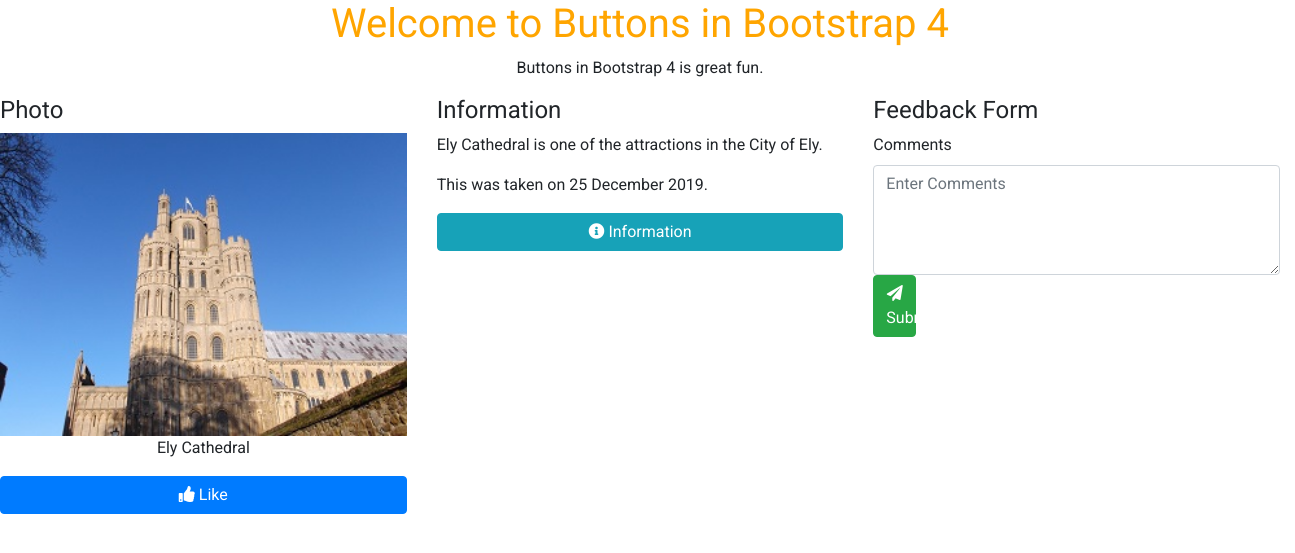
Repository: derektypist/buttons-in-bootstrap-4
Page: index.html
The author's editor kept a record of every edit. The page is drawn from the files as they stood at one moment, then again after the next edit.
The browser window is 1280 px wide. The page is 1295 px wide, so the pictures cover 1295 px, including what lies to the right of the window. The pictures show the whole page.
Some web libraries are served in a nearby version.

Above is the page before.

### index.html
<!DOCTYPE html>
<html lang="en">

<head>
    <meta charset="UTF-8">
    <meta name="viewport" content="width=device-width, initial-scale=1.0">
    <meta http-equiv="X-UA-Compatible" content="ie=edge">
    <title>Buttons in Bootstrap 4</title>
    <!-- Load Style Sheets -->
    <link rel="stylesheet" href="https://maxcdn.bootstrapcdn.com/bootstrap/4.4.1/css/bootstrap.min.css" integrity="sha384-Vkoo8x4CGsO3+Hhxv8T/Q5PaXtkKtu6ug5TOeNV6gBiFeWPGFN9MuhOf23Q9Ifjh" crossorigin="anonymous">
    <link rel="stylesheet" href="https://use.fontawesome.com/releases/v5.8.1/css/all.css" integrity="sha384-50oBUHEmvpQ+1lW4y57PTFmhCaXp0ML5d60M1M7uH2+nqUivzIebhndOJK28anvf" crossorigin="anonymous">
    <link href="https://fonts.googleapis.com/css?family=Roboto&display=swap" rel="stylesheet">
    <link rel="stylesheet" href="style.css">
</head>

<body>
    <!-- Set up Heading -->
    <h1>Welcome to Buttons in Bootstrap 4</h1>
    <p class="text-center">Buttons in Bootstrap 4 is great fun.</p>
    <!-- Set Up Section -->
    <section>
        <!-- Set Up Article -->
        <article class="row">
            <article class="col-sm-4">
                <!-- Display Article Heading -->
                <h4>Photo</h4>
                <!-- Display Image -->
                <figure>
                    <img src="images/ely-cathedral.JPG" alt="Ely Cathedral" class="img-fluid">
                    <figcaption class="text-center">Ely Cathedral</figcaption>
                </figure>
                <!-- Create Button -->
                <button class="btn btn-primary btn-block"><i class="fas fa-thumbs-up"></i> Like</button>

            </article>

            <!-- Set Up Article -->
            <article class="col-sm-4">
                <!-- Display Article Heading -->
                <h4>Information</h4>
                <!-- Display Information -->
                <p>Ely Cathedral is one of the attractions in the City of Ely.</p>
                <p>This was taken on 25 December 2019.</p>
                <!-- Create Button -->
                <button class="btn btn-info btn-block"><i class="fas fa-info-circle"></i> Information</button>
            </article>

            <!-- Set Up Article -->
            <article class="col-sm-4">
                <!-- Display Article Heading -->
                <h4>Feedback Form</h4>
                <!-- Set Up Form for Comments -->
                <form>
                    <label for="comments">Comments</label>
                    <textarea class="form-control" placeholder="Enter Comments" rows="4" id="comments"></textarea>
                    <article class="row">
                        <article class="col-sm-2">
                            <button type="submit" value="Submit" class="btn btn-success btn-block" onclick="acknowledge()"><i class="fa fa-paper-plane"></i> Submit</button>
                        </article>
                        <article class="col-sm-2">

                        </article>

                    </article>

                </form>

                <!-- Display Acknowledgement -->
                <p id="message"></p>
            </article>
        </article>
    </section>
    <!-- Load Script -->
    <script>
        // Function to Acknowledge input of comments
        function acknowledge() {
            document.getElementById("message").innerHTML = "Thank you for your input";
        }
    </script>
</body>

</html>

### style.css
/* Body */
body {
    font-family: "Roboto", Arial, Verdana, sans-serif;
}

/* Heading H1 */
h1 {
    text-align: center;
    color: orange;
}

/* Images */
img {
    display: block;
    margin: auto;
    width: 100%;
}

.mypadding {
    padding: 5px;
}

After the next edit:
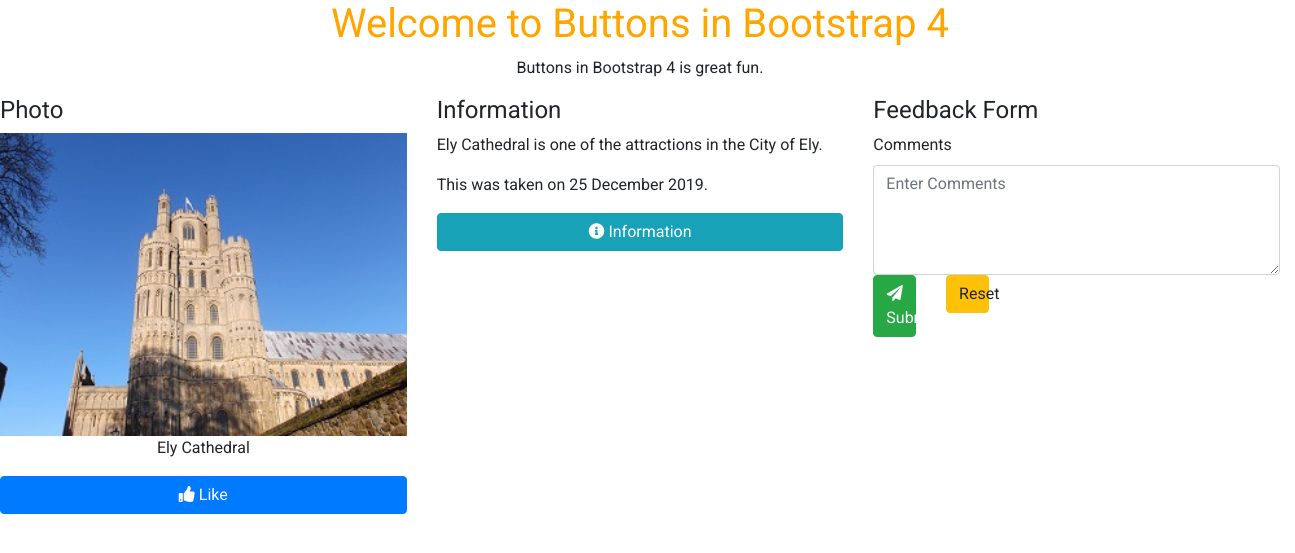
The edit:
--- a/index.html
+++ b/index.html
@@ -58,7 +58,7 @@
                             <button type="submit" value="Submit" class="btn btn-success btn-block" onclick="acknowledge()"><i class="fa fa-paper-plane"></i> Submit</button>
                         </article>
                         <article class="col-sm-2">
-
+                            <button type="reset" value="Reset" class="btn btn-warning btn-block">Reset</button>
                         </article>
 
                     </article>
